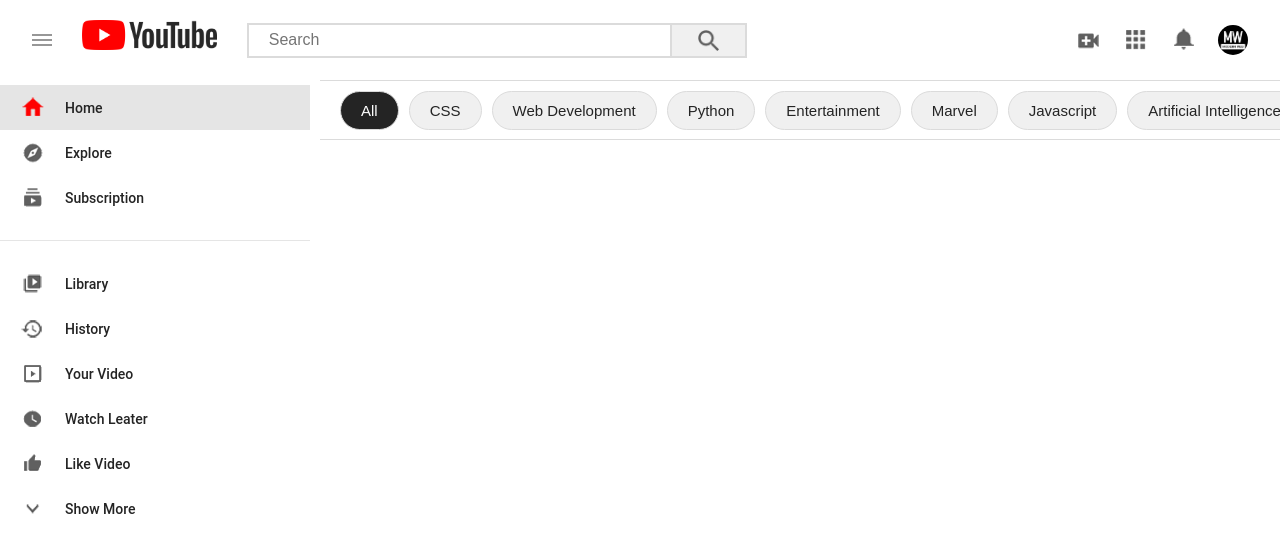
Repository: ds-mbappe/YouTube-Clone-UI
Page: index.html
These files come from the project's save history. The page is drawn as it stood at one moment and after the next save; the edit follows.
The browser window is 1280 px wide. The pictures show the whole page.
The page's requests for data from a server got no answer.

Above is the page before, as saved 2021-08-03 00:14:25.

After the next save:
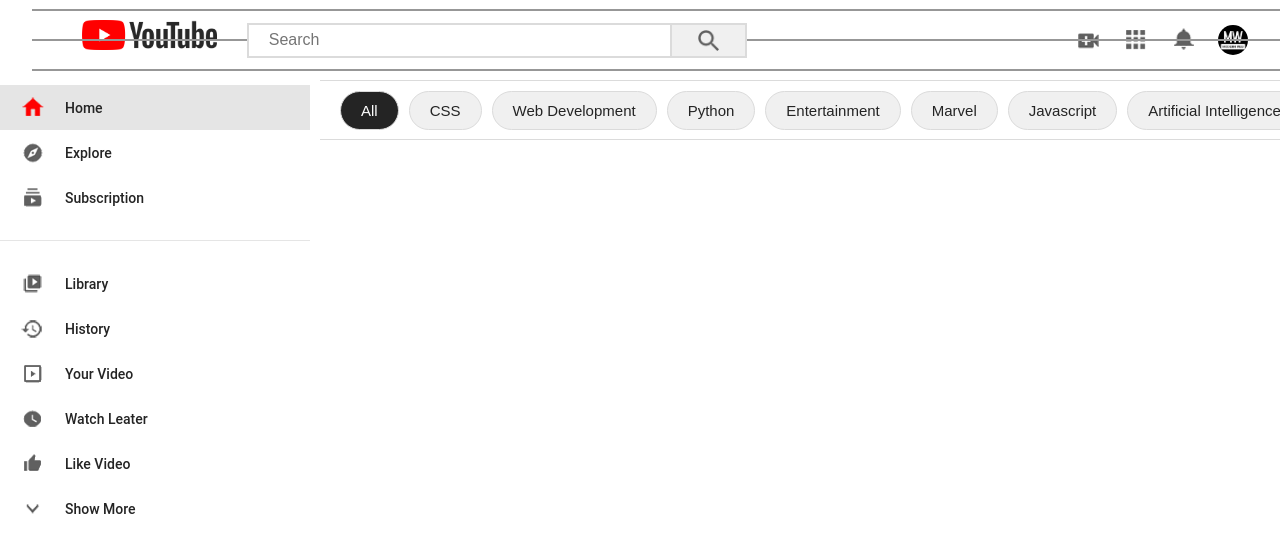
Saved 5 s later.
--- a/styles.css
+++ b/styles.css
@@ -28,7 +28,7 @@
 .toggle-btn {
   width: 20px;
   height: 10px;
-  position: relative;
+  position: center;
   cursor: pointer;
 }
 

After the save that followed:
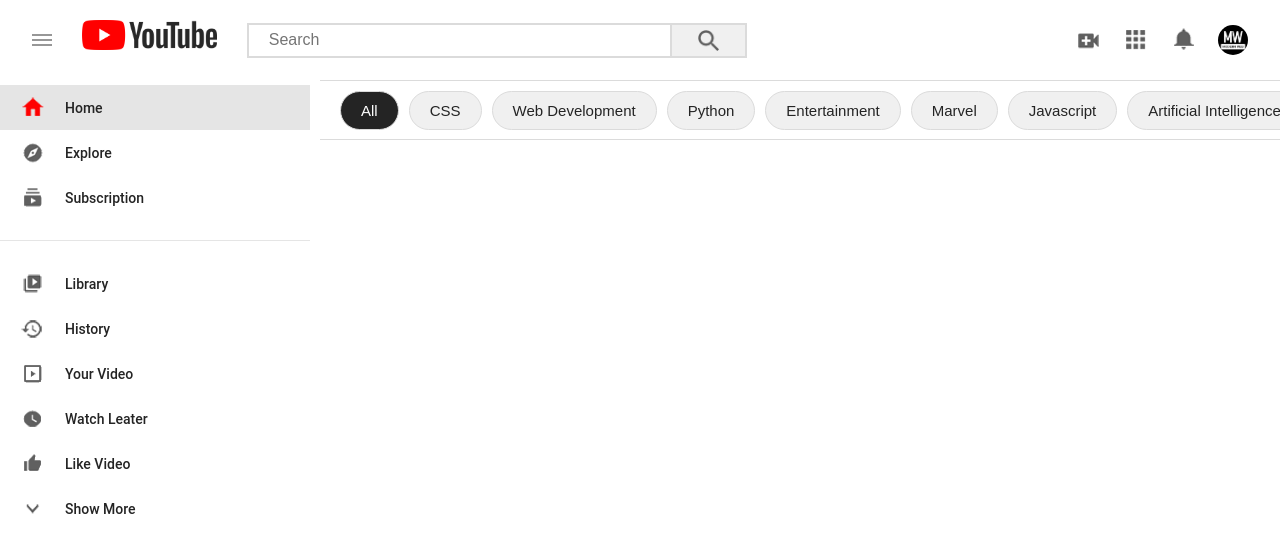
Saved 8 s later.
--- a/styles.css
+++ b/styles.css
@@ -28,7 +28,7 @@
 .toggle-btn {
   width: 20px;
   height: 10px;
-  position: center;
+  position: relative;
   cursor: pointer;
 }
 
